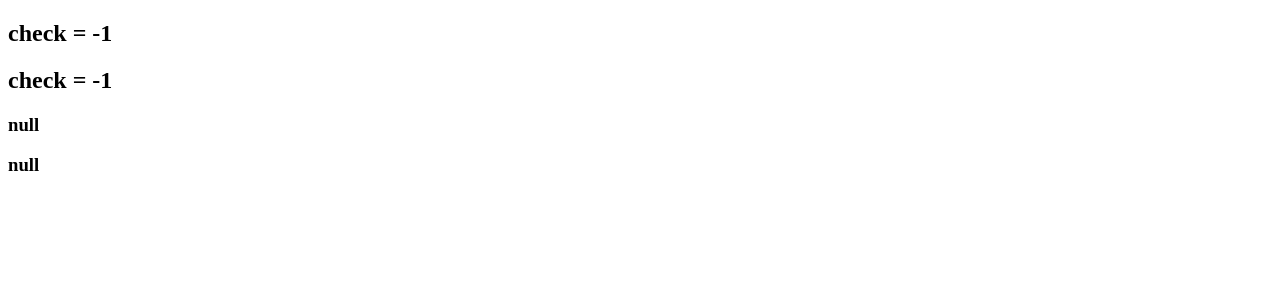
Repository: pyeonm30/PYMjspWorkspace
Page: http://localhost/mvc2_Baisc2/login.nhn
An editor plug-in stored every save of this project. The page is shown before and after the next save, followed by the edit.
The browser window is 1280 px wide. The pictures show the whole page.
The page is served by Tomcat 9. Other server files are loaded and not shown.

Above is the page before, as saved 2024-02-05 02:45:49.

### mvc2_Baisc2/src/main/webapp/00_ex/loginPro.jsp
<%@ page language="java" contentType="text/html; charset=UTF-8"
    pageEncoding="UTF-8"%>
<%
String id = request.getParameter("id");
String pw = request.getParameter("pw");

int check2 = (int)request.getAttribute("check");

%>
<!DOCTYPE html>
<html>
<head>
<meta charset="UTF-8">
<title>Insert title here</title>
</head>
<body>
	   <h2>check = ${ check }</h2>
		<h2>check = <%= check2 %></h2>

	<h3> <%= id %></h3>
	<h3> <%= pw %></h3>

</body>
</html>

### mvc2_Baisc2/src/main/java/_00_join/LoginProAction.java
package _00_join;

import java.io.IOException;

import javax.servlet.RequestDispatcher;
import javax.servlet.ServletException;
import javax.servlet.annotation.WebServlet;
import javax.servlet.http.HttpServlet;
import javax.servlet.http.HttpServletRequest;
import javax.servlet.http.HttpServletResponse;

@WebServlet("/login.nhn")
public class LoginProAction extends HttpServlet {

	@Override
	protected void doGet(HttpServletRequest req, HttpServletResponse resp) throws ServletException, IOException {
		reqPro(req, resp);
	}

	@Override
	protected void doPost(HttpServletRequest req, HttpServletResponse resp) throws ServletException, IOException {
		reqPro(req, resp);
	}

	protected void reqPro(HttpServletRequest request, HttpServletResponse response) throws ServletException, IOException {
		String id = request.getParameter("id");
		String pw = request.getParameter("pw");

		String dbId = "qwer";
		String dbPw = "1234";

		int check = -1;
		if(dbId.equals(id) && dbPw.equals(pw)) {
			check = 1;
		}

		// jsp 페이지로 request 값 전달  -> forward를 통해서 request 객체 유지 가능
		request.setAttribute("check", check);

	  //  response.sendRedirect("00_ex/loginPro.jsp");

		RequestDispatcher dis = request.getRequestDispatcher("/00_ex/loginPro.jsp");
		dis.forward(request, response);

	}

}

After the next save:
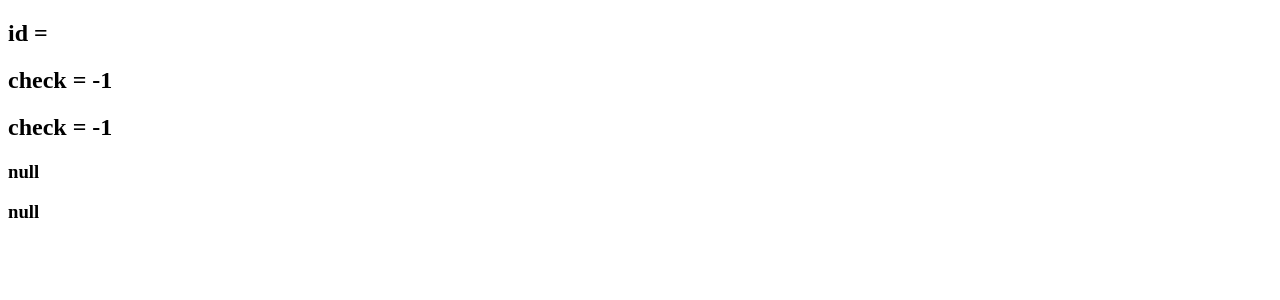
Saved 19 s later.
--- a/mvc2_Baisc2/src/main/webapp/00_ex/loginPro.jsp
+++ b/mvc2_Baisc2/src/main/webapp/00_ex/loginPro.jsp
@@ -14,6 +14,7 @@ int check2 = (int)request.getAttribute("check");
 <title>Insert title here</title>
 </head>
 <body>
+   	   <h2>id = ${ id }</h2>
 	   <h2>check = ${ check }</h2>
 		<h2>check = <%= check2 %></h2>
 
